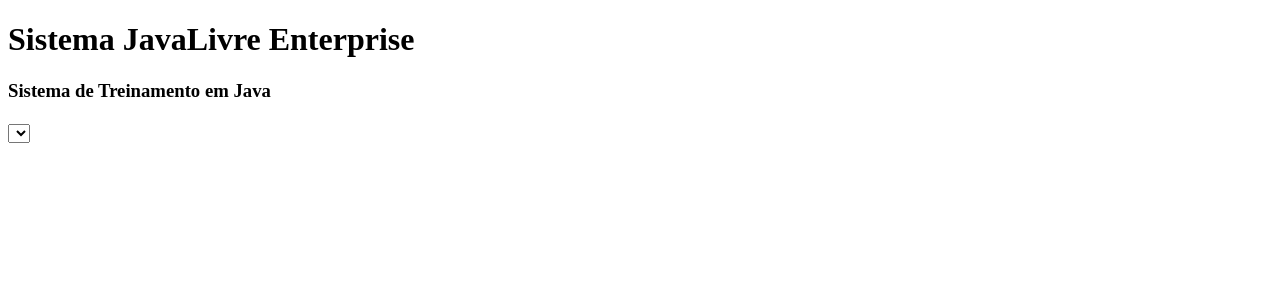
Repository: marciojv/treina-java
Page: workspace/JavaLivre/src/html/login.html
These files come from the project's save history. The page is drawn as it stood at one moment and after the next save; the edit follows.
The browser window is 1280 px wide. The pictures show the whole page.

Above is the page before, as saved 2017-06-10 12:42:26.

After the next save:
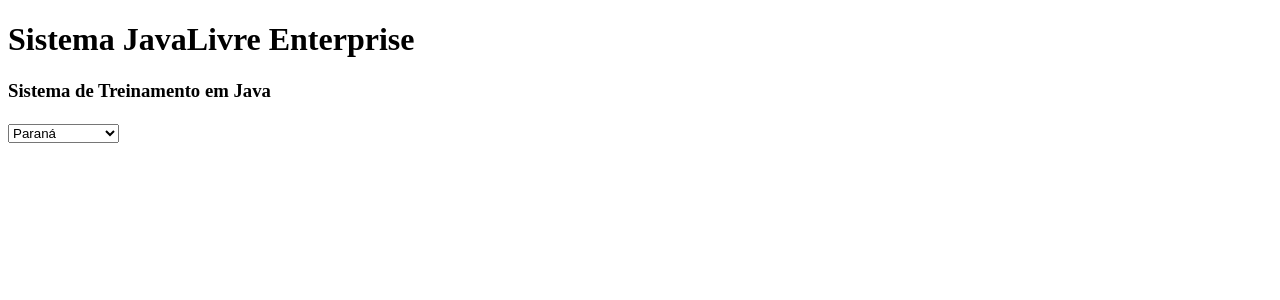
Saved 6 min 45 s later.
--- a/workspace/JavaLivre/src/html/login.html
+++ b/workspace/JavaLivre/src/html/login.html
@@ -8,7 +8,11 @@
 <h1>Sistema JavaLivre Enterprise</h1>
 <h3>Sistema de Treinamento em Java<h3>
 
-<select> </select>
+<select>
+  <option value="PR">Paraná</option>
+  <option value="SC">Santa Catarina</option>
+  <option value="SP">São Paulo</option>
+</select>
 
 </body>
 </html>
